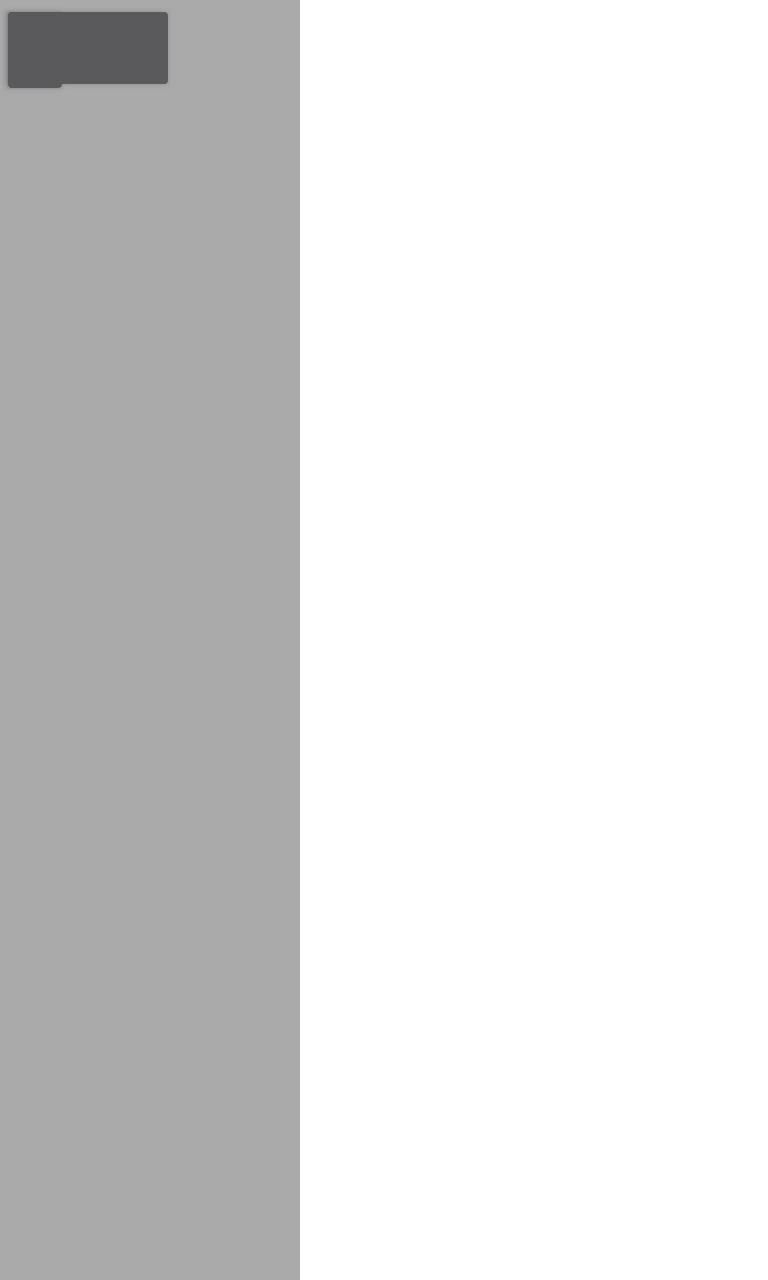
Repository: qfornaguera/AppQuelogy
Layout: AppQueology/res/layout/activity_main.xml
These files come from the project's save history. The layout is drawn as it stood at one moment and after a run of saves; the edit follows.
It is drawn on a 768 x 1280 px phone screen (xhdpi) without system bars, with theme Theme.AppCompat; the app's code is not run.

Above is the layout before, as saved 2014-05-27 18:54:21.

After the next 2 saves:
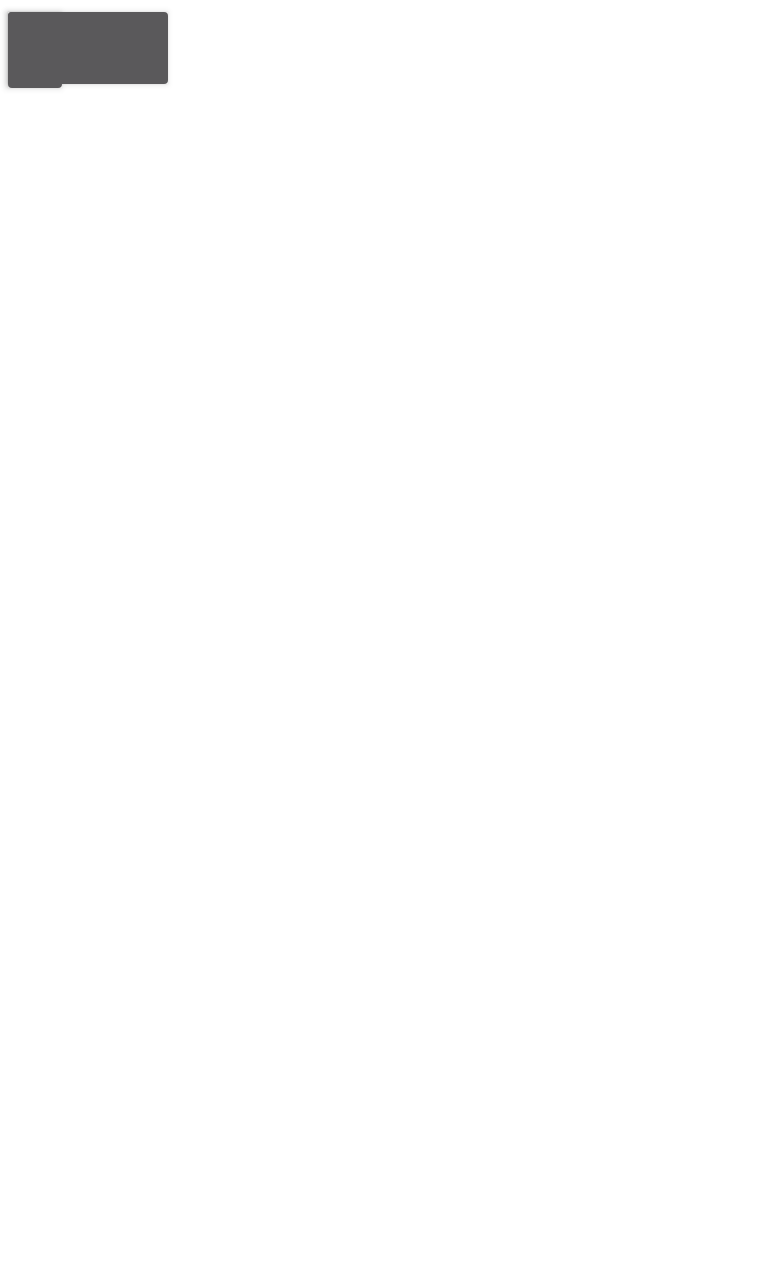
The 2 saves are shown as one change because 1 did not build or start.
The last was saved 6 min 33 s later.
--- a/AppQueology/res/layout/activity_main.xml
+++ b/AppQueology/res/layout/activity_main.xml
@@ -46,25 +46,15 @@
 
     </SlidingDrawer> -->
 
-    <RelativeLayout
-        android:layout_width="150dp"
-        android:layout_height="2000dp"
-        android:background="#AAAAAA" >
+    <LinearLayout
+	            android:id="@+id/content"
+	            android:layout_width="match_parent"
+	            android:layout_height="wrap_content"
+	            android:background="#AAAAAA"
+	            android:orientation="vertical"
+	            android:rotation="180" >
 
-        <ScrollView
-            android:layout_width="150dp"
-            android:layout_height="2000dp">
-		    <LinearLayout
-			            android:id="@+id/content"
-			            android:layout_width="150dp"
-		        		android:layout_height="2000dp"
-			            android:background="#AAAAAA"
-			            android:orientation="vertical" >
-
-
-			 </LinearLayout>
-		</ScrollView>
-	</RelativeLayout>
+    </LinearLayout>
 
     <Button
             android:id="@+id/handle"

After the 2 saves that followed:
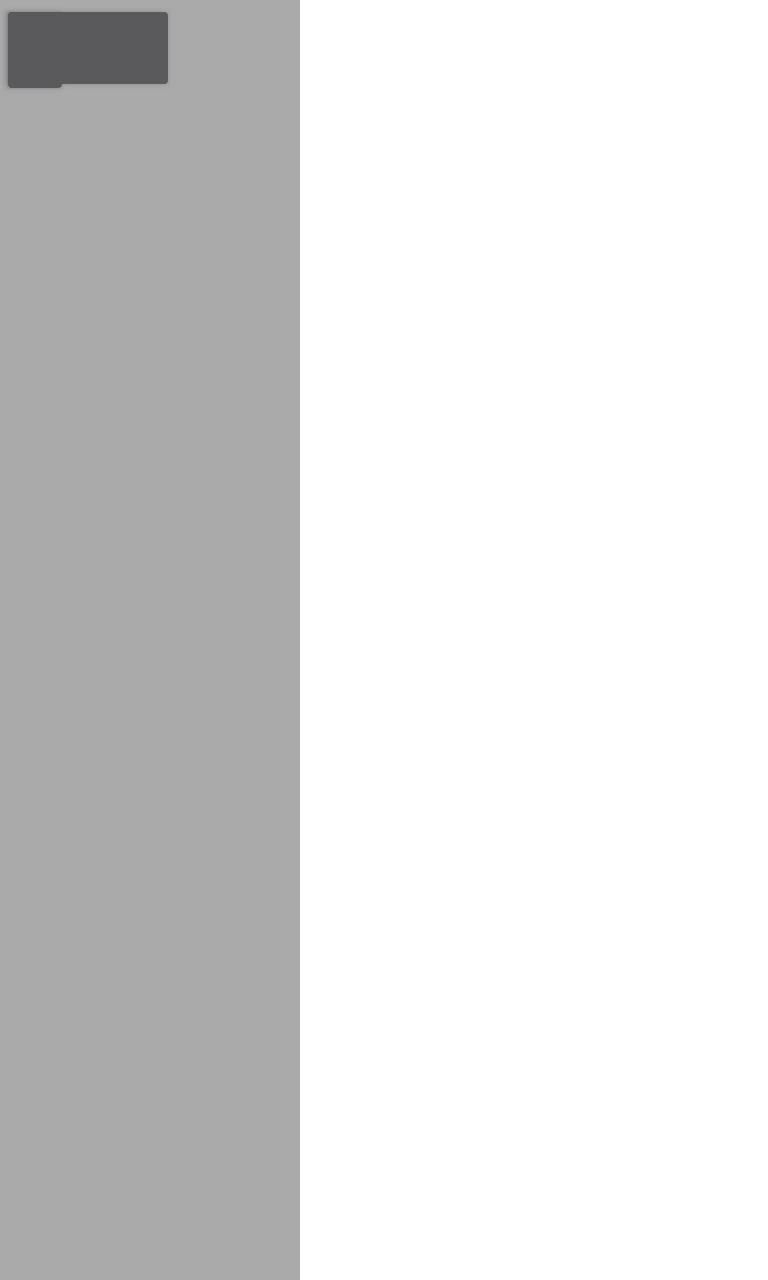
The 2 saves are shown as one change because 1 left the picture as it was.
The last was saved 55 s later.
--- a/AppQueology/res/layout/activity_main.xml
+++ b/AppQueology/res/layout/activity_main.xml
@@ -48,8 +48,8 @@
 
     <LinearLayout
 	            android:id="@+id/content"
-	            android:layout_width="match_parent"
-	            android:layout_height="wrap_content"
+	            android:layout_width="150dp"
+	            android:layout_height="2000dp"
 	            android:background="#AAAAAA"
 	            android:orientation="vertical"
 	            android:rotation="180" >
